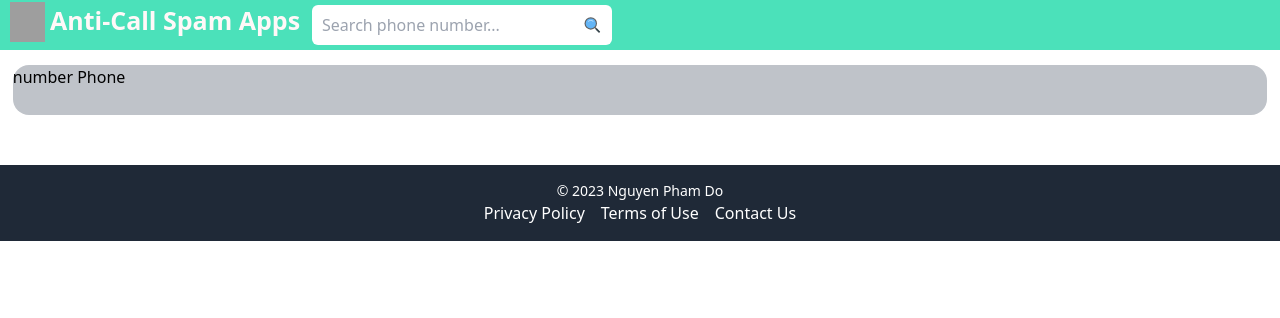
Repository: NPham1402/Web-user-callSpamBlocker
Page: /detail
The author's editor kept a copy of each file at every save. The page is drawn from the files as they stood at one save, then again after the next save.
The browser window is 1280 px wide. The pictures show the whole page.
Pictures or frames that could not be fetched are drawn as grey boxes. The project was rebuilt for these pictures with package versions that can differ from the ones it lists, and the page was loaded fresh each time. The framework's server and built-in components were replaced by stand-ins that run in the browser. Also part of the build but not shown: next.config.js.

Above is the page before, as saved 2023-02-10 00:18:23.

### pages/detail.js
import Head from "next/head";
import { useRouter } from "next/router";
import React from "react";
import { FcSearch } from "react-icons/fc";
function detail() {
  const router = useRouter();
  const {
    query: { id },
  } = router;
  return (
    <>
      {" "}
      <Head>
        <title>Check number spam</title>
        <meta name="description" content="Generated by create next app" />
        <meta name="viewport" content="width=device-width, initial-scale=1" />
        <link rel="icon" href="/favicon.ico" />
      </Head>
      <main className="relative">
        <div className="w-100 pl-[10px] pt-[2px] flex flex-row h-[50px] bg-[#4BE1BA]">
          <img
            src="https://static.callblocker.org/img/logo.png"
            className=" w-[35px] h-[40px]"
          />
          <p className="pl-[5px] pt-[6px] leading-none font-Raleway font-semibold text-[25px] text-[#FFF8F8] ">
            Anti-Call Spam Apps
          </p>
          <div className="flex flex-row p-[10px] rounded-[6px]  w-[300px] h-[40px] ml-[12px] mt-[3px] bg-white">
            <input
              className="w-full h-full outline-none"
              placeholder="Search phone number..."
            />
            <FcSearch className="text-[20px] cursor-pointer" />
          </div>
        </div>
        <div className="w-[98%] my-[15px] rounded-[16px] mx-auto h-[50px] bg-[#bfc3c9]">
          <p>number Phone</p>
        </div>
      </main>
      <footer class="bg-gray-800 mt-[50px] text-white py-4">
        <div class="container mx-auto">
          <p class="text-center text-sm">&copy; 2023 Nguyen Pham Do</p>
          <div class="flex justify-center">
            <a href="#" class="text-white mx-2">
              Privacy Policy
            </a>
            <a href="#" class="text-white mx-2">
              Terms of Use
            </a>
            <a href="#" class="text-white mx-2">
              Contact Us
            </a>
          </div>
        </div>
      </footer>
    </>
  );
}

export default detail;

### styles/globals.css
@tailwind base;
@tailwind components;
@tailwind utilities;
@import url('https://fonts.googleapis.com/css2?family=Raleway:ital&display=swap');

Loaded but not shown: pages/_app.js (common file); pages/_document.js (common file); tailwind.config.js (common file)

After the next save:
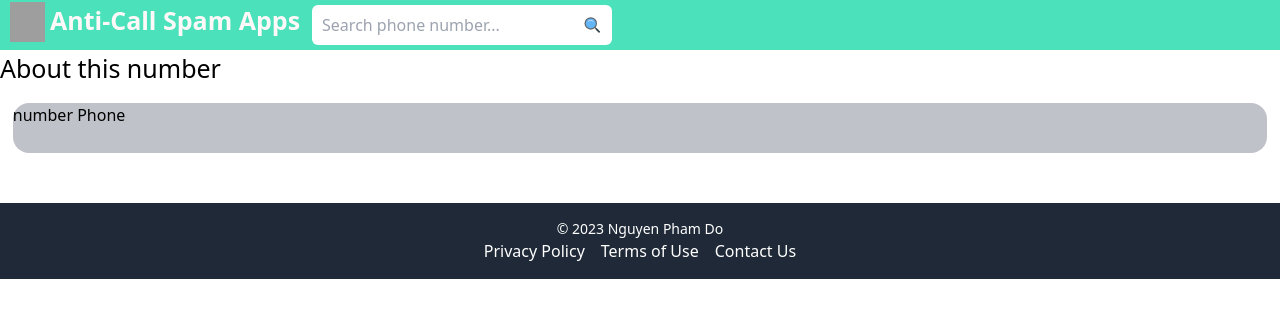
Saved 37 s later.
--- a/pages/detail.js
+++ b/pages/detail.js
@@ -33,6 +33,7 @@ function detail() {
             <FcSearch className="text-[20px] cursor-pointer" />
           </div>
         </div>
+        <p className="text-[25px]">About this number</p>
         <div className="w-[98%] my-[15px] rounded-[16px] mx-auto h-[50px] bg-[#bfc3c9]">
           <p>number Phone</p>
         </div>
